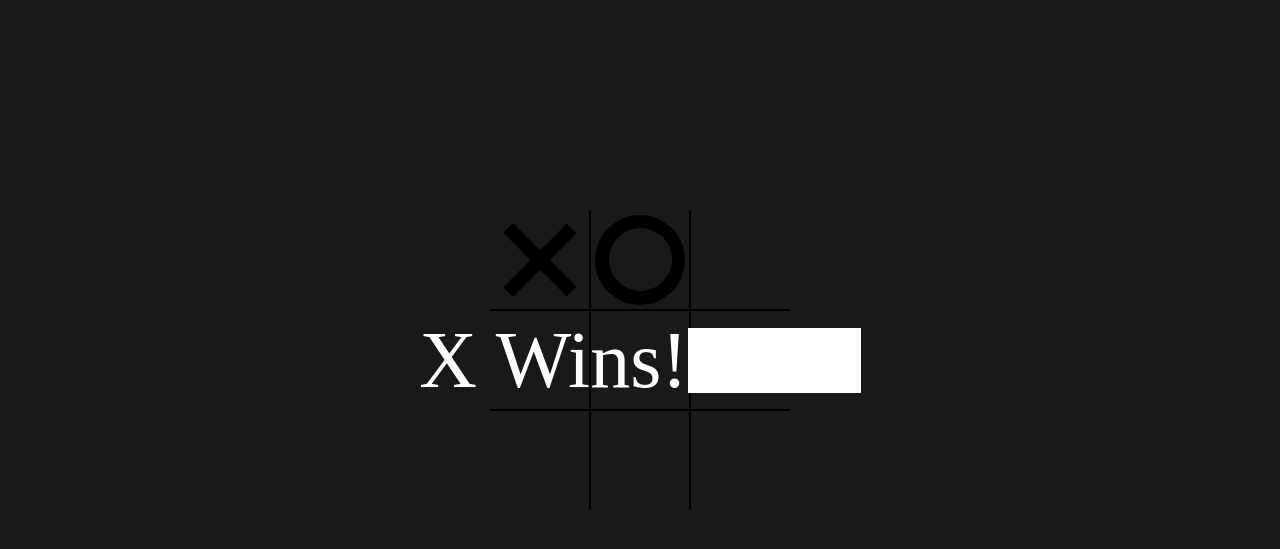
Repository: divya2/tic-toc-toe
Page: index.html
An editor plug-in stored every save of this project. The page is shown before and after the next save, followed by the edit.
The browser window is 1280 px wide. The pictures show the whole page.
The pointer rests on the first visible `.winning-message button`.

Above is the page before, as saved 2020-10-29 23:04:12.
Not found: script.js

After the next save:
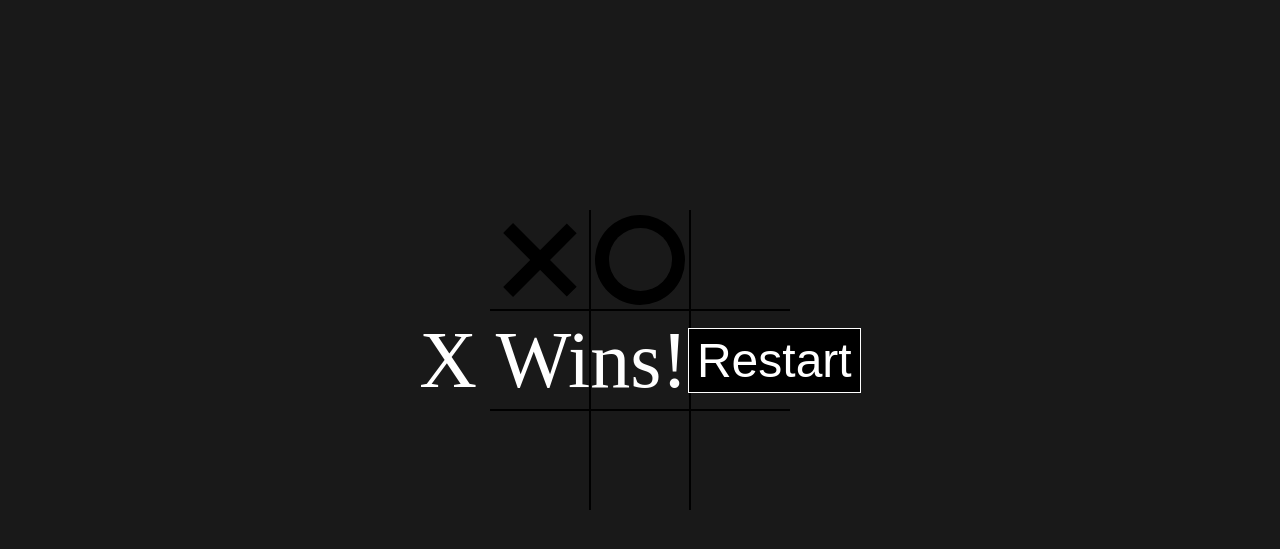
Saved 16 s later.
--- a/styles.css
+++ b/styles.css
@@ -136,7 +136,7 @@ body {
 }
 
 .winning-message button:hover {
-    background-color: white;
+    background-color: black;
     border-color: white;
     color: white;
 }
